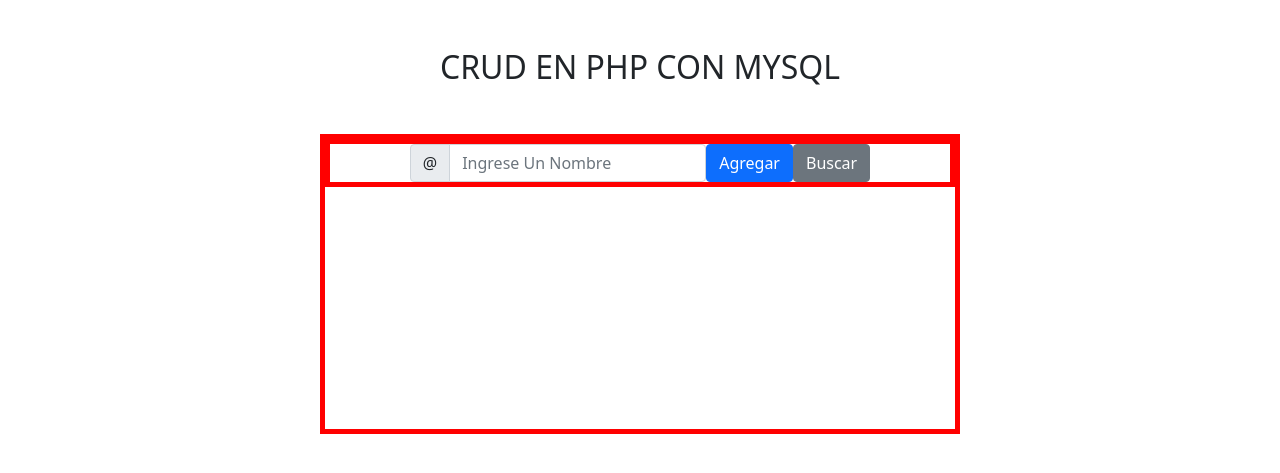
Repository: nder1996/CRUD_SENCILLO
Page: http://localhost/
These files come from the project's save history. The page is drawn as it stood at one moment and after the next save; the edit follows.
The browser window is 1280 px wide. The pictures show the whole page.
The page is run by PHP 8.4 with error messages shown; the project is at /var/www/html/.

Above is the page before, as saved 2021-10-04 20:04:03.

After the next save:
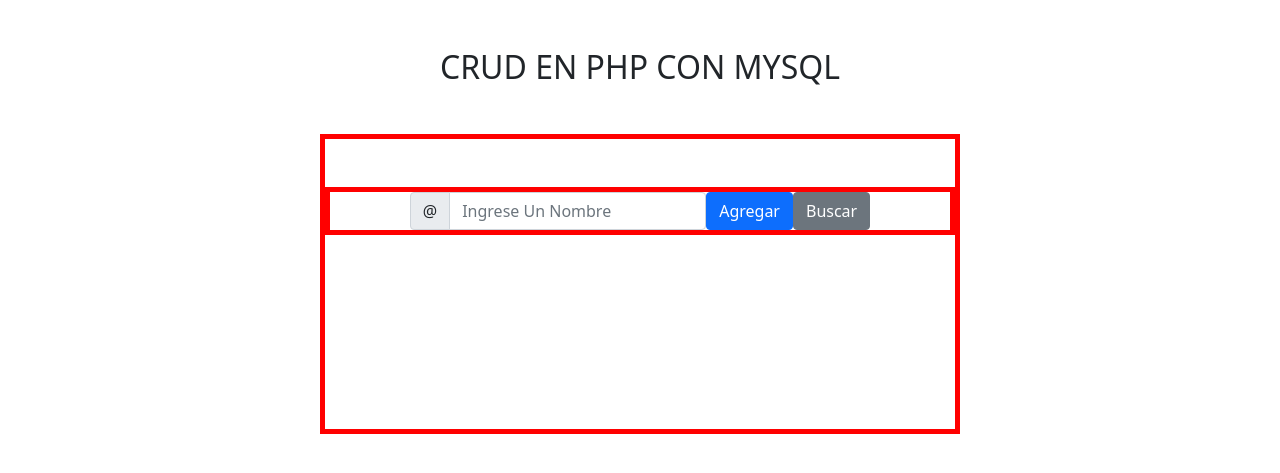
Saved 16 s later.
--- a/CRUD - SILENCIADO/index.php
+++ b/CRUD - SILENCIADO/index.php
@@ -12,7 +12,7 @@
 <body>
     <h2 class="text-center mt-5">CRUD EN PHP CON MYSQL</h2>
     <div class="contenedor mt-5">
-            <div class="input_button d-flex justify-content-center">
+            <div class="input_button mt-5 d-flex justify-content-center">
                 <section class="ml-5">
                     <label class="visually-hidden" for="inlineFormInputGroupUsername">Username</label>
                     <div class="input-group">
